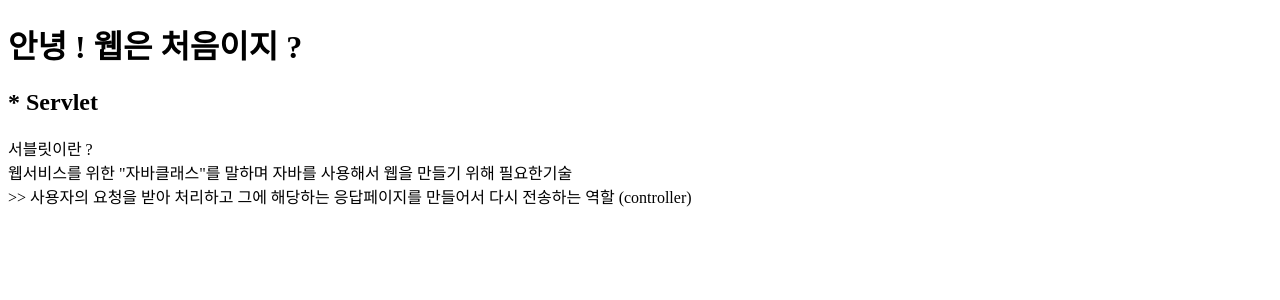
Repository: hyerangbi/Servlet
Page: 6_servlet/1_Servlet/src/main/webapp/index.html
The author's editor kept a copy of each file at every save. The page is drawn from the files as they stood at one save, then again after the next save.
The browser window is 1280 px wide. The pictures show the whole page.

Above is the page before, as saved 2024-09-06 03:32:17.

### 6_servlet/1_Servlet/src/main/webapp/index.html
<!DOCTYPE html>
<html>
<head>
<meta charset="UTF-8">
<title>Insert title here</title>
</head>
<body>
	<h1> 안녕 ! 웹은 처음이지 ? </h1>

	<h2> * Servlet </h2>
	<p>
		서블릿이란 ? <br>
		웹서비스를 위한 "자바클래스"를 말하며 자바를 사용해서 웹을 만들기 위해 필요한기술 <br>
		>> 사용자의 요청을 받아 처리하고 그에 해당하는 응답페이지를 만들어서 다시 전송하는 역할 (controller) <br>
	</p>
</body>
</html>

After the next save:
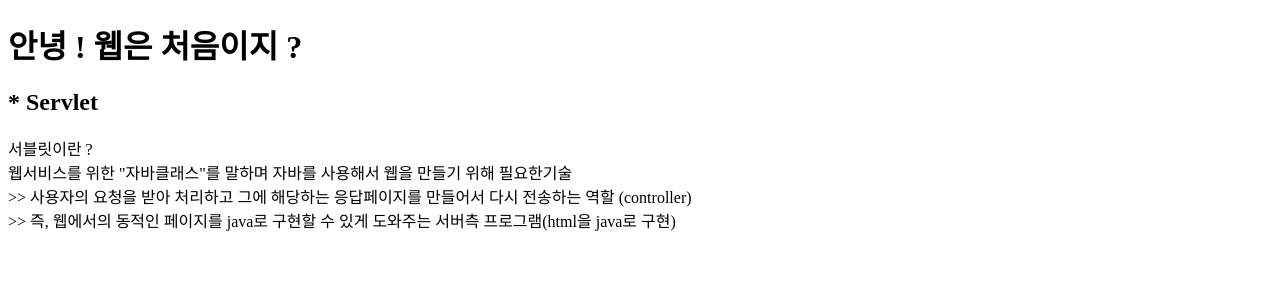
Saved 60 s later.
--- a/6_servlet/1_Servlet/src/main/webapp/index.html
+++ b/6_servlet/1_Servlet/src/main/webapp/index.html
@@ -12,6 +12,9 @@
 		서블릿이란 ? <br>
 		웹서비스를 위한 "자바클래스"를 말하며 자바를 사용해서 웹을 만들기 위해 필요한기술 <br>
 		>> 사용자의 요청을 받아 처리하고 그에 해당하는 응답페이지를 만들어서 다시 전송하는 역할 (controller) <br>
+		>> 즉, 웹에서의 동적인 페이지를 java로 구현할 수 있게 도와주는 서버측 프로그램(html을 java로 구현)
+		<br>
+
 	</p>
 </body>
 </html>
